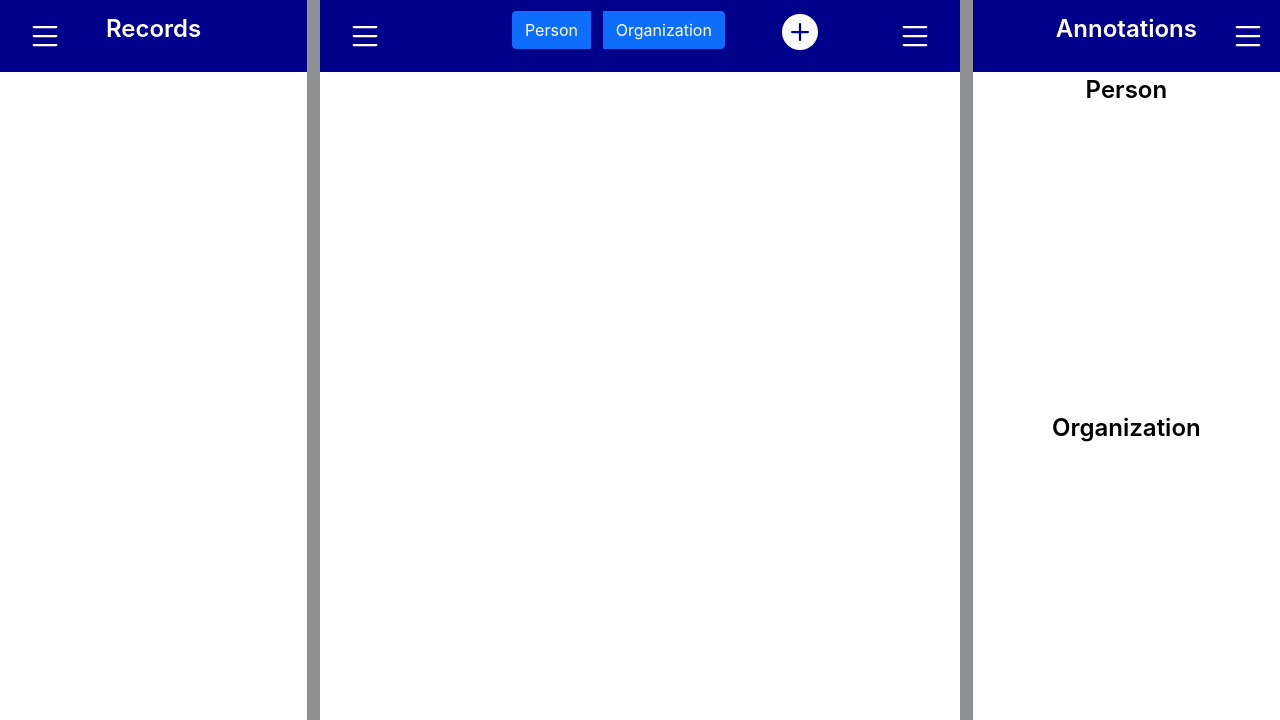
Repository: napan24/classforma_assignment
Page: / (app in client/)
These files come from the project's save history. The page is drawn as it stood at one moment and after the next save; the edit follows.
The browser window is 1280 px wide. The pictures show the whole page.
The project was rebuilt for these pictures with package versions that can differ from the ones it lists, and the page was loaded fresh each time. Also part of the build but not shown: client/src/App.css.

Above is the page before, as saved 2022-07-20 18:02:03.

### client/public/index.html
<!DOCTYPE html>
<html lang="en">
  <head>
    <meta charset="utf-8" />
    <link rel="icon" href="%PUBLIC_URL%/favicon.ico" />
    <meta name="viewport" content="width=device-width, initial-scale=1" />
    <meta name="theme-color" content="#000000" />
    <meta
      name="description"
      content="Web site created using create-react-app"
    />
    <link href="https://cdn.jsdelivr.net/npm/bootstrap@5.1.3/dist/css/bootstrap.min.css" rel="stylesheet" integrity="sha384-1BmE4kWBq78iYhFldvKuhfTAU6auU8tT94WrHftjDbrCEXSU1oBoqyl2QvZ6jIW3" crossorigin="anonymous">
    <link rel="apple-touch-icon" href="%PUBLIC_URL%/logo192.png" />
    <!--
      manifest.json provides metadata used when your web app is installed on a
      user's mobile device or desktop. See https://developers.google.com/web/fundamentals/web-app-manifest/
    -->
    <link rel="manifest" href="%PUBLIC_URL%/manifest.json" />
    <!--
      Notice the use of %PUBLIC_URL% in the tags above.
      It will be replaced with the URL of the `public` folder during the build.
      Only files inside the `public` folder can be referenced from the HTML.

      Unlike "/favicon.ico" or "favicon.ico", "%PUBLIC_URL%/favicon.ico" will
      work correctly both with client-side routing and a non-root public URL.
      Learn how to configure a non-root public URL by running `npm run build`.
    -->
    <title>React App</title>
  </head>
  <body>
    <noscript>You need to enable JavaScript to run this app.</noscript>
    <div id="root"></div>
    <!--
      This HTML file is a template.
      If you open it directly in the browser, you will see an empty page.

      You can add webfonts, meta tags, or analytics to this file.
      The build step will place the bundled scripts into the <body> tag.

      To begin the development, run `npm start` or `yarn start`.
      To create a production bundle, use `npm run build` or `yarn build`.
    -->
    <script src="https://cdn.jsdelivr.net/npm/bootstrap@5.1.3/dist/js/bootstrap.bundle.min.js" integrity="sha384-ka7Sk0Gln4gmtz2MlQnikT1wXgYsOg+OMhuP+IlRH9sENBO0LRn5q+8nbTov4+1p" crossorigin="anonymous"></script>
  </body>
</html>

### client/src/App.js
import logo from './logo.svg';
import './App.css';
import Home from './Home';

function App() {
  return (
    <>
      <Home></Home>
    </>
  );
}

export default App;

### client/src/Home.js
'strict origin'
import React, { useState, useEffect } from 'react'
const Home = () => {
    const [textField, setTextField] = useState();
    const [person, setPerson] = useState();
    const [place, setPlace] = useState();
    const [personName, setPersonName] = useState(['']);
    const [placeName, setPlaceName] = useState(['']);
    const [data, setData] = useState("");
    useEffect(() => {
        if (textField) {
            trending();
        }
    }, [textField])
    const trending = async () => {
        const res = await fetch("/", {
            method: 'POST',
            headers: {
                "Content-Type": "application/json"
            },
            body: JSON.stringify({ textField })
        });
        const result = await res.json();
        console.log(result);
        setPerson(result.filter((arr) => arr.type == 'Person'));
        setPlace(result.filter((arr) => arr.type[0] == 'Place' || arr.type[0] == 'PopulatedPlace' || arr.type[0] == 'Settlement' || arr.type[0] == 'City'));
    };
    useEffect(() => {
        setPersonName(['']);
        if (person) {
            person.forEach(function (arrayItem) {
                setPersonName(curr => [...curr, arrayItem.entityId]);
            });
        }
    }, [person])
    useEffect(() => {
        setPlaceName(['']);
        if (place) {
            console.log(place);
            place.forEach(function (arrayItem) {
                setPlaceName(curr => [...curr, arrayItem.entityId]);
            });
        }
    }, [place])
    const showFile = async (e) => {
        e.preventDefault()
        const reader = new FileReader()
        reader.onload = async (e) => {
            const text = (e.target.result)
            setTextField(text);
        };
        reader.readAsText(e.target.files[0])
    }
    function replace() {
        setTextField(textField.replace(data, ''));
        showAlert("alert")
    }
    function showAlert(id) {
        if (document.getElementById(id).style.display == "inline-block") {
            document.getElementById(id).style.display = "none";
        }
        else {
            document.getElementById(id).style.display = "inline-block";
        }
    }
    function CloseClick(e) {
        setData(e.currentTarget.parentElement.querySelector('.userName').innerText);
        showAlert("alert");
    }
    function showLeftComponent() {
        if (document.getElementById('left_component').style.display == "inline") {
            document.getElementById('left_component').style.display = "none";
            document.getElementById('left_open').style.display = "inline";
        }
        else {
            document.getElementById('left_component').style.display = "inline";
            document.getElementById('left_open').style.display = "none";
        }
    }
    function showRightComponent() {
        if (document.getElementById('right_component').style.display == "inline") {
            document.getElementById('right_component').style.display = "none";
            document.getElementById('right_open').style.display = "inline";
        }
        else {
            document.getElementById('right_component').style.display = "inline";
            document.getElementById('right_open').style.display = "none";
        }
    }
    return (
        <>
            <div id="alert" style={{ display: "none", height: "35vh", width: "35vw", backgroundColor: "white", position: "absolute", zIndex: '2', left: "35%", top: "25%", border: "2px solid red" }}>
                <button onClick={() => { showAlert("alert") }} type="button" class="btn btn-primary" style={{ marginRight: "1vw", position: "absolute", bottom: "10%", left: "15%", padding: "2vh" }}>Cancel</button>
                <button onClick={(e) => { replace(e) }} style={{ marginRight: "1vw", position: "absolute", bottom: "10%", left: "65%", padding: "2vh" }} type="button" class="btn btn-primary">Delete</button>
            </div>
            <div style={{ display: 'flex', width: "100vw", height: "100vh", backgroundColor: "#8f9091", overflow: "hidden" }}>
                <div id="left_component" style={{ display: 'inline', width: "24vw", height: "100vh", backgroundColor: "white", marginRight: "1vw" }}>
                    <div style={{ width: "24vw", height: "10vh", backgroundColor: "#00008b", textAlign: 'center', fontSize: '150%', color: "white", fontWeight: "600", position: "fixed" }}>
                        <p style={{ marginTop: "1.5vh" }}>
                            Records
                        </p>
                    </div>
                    <svg onClick={() => { showLeftComponent() }} style={{ width: "5vw", height: "5vh", position: 'absolute', left: "1vw", top: "2.5vh", color: 'white' }} xmlns="http://www.w3.org/2000/svg" fill="currentColor" class="bi bi-list" viewBox="0 0 16 16">
                        <path fill-rule="evenodd" d="M2.5 12a.5.5 0 0 1 .5-.5h10a.5.5 0 0 1 0 1H3a.5.5 0 0 1-.5-.5zm0-4a.5.5 0 0 1 .5-.5h10a.5.5 0 0 1 0 1H3a.5.5 0 0 1-.5-.5zm0-4a.5.5 0 0 1 .5-.5h10a.5.5 0 0 1 0 1H3a.5.5 0 0 1-.5-.5z" />
                    </svg>
                    <div>

                    </div>
                </div>
                <div style={{ width: "50vw", height: "100vh", backgroundColor: "white", marginRight: "1vw", overflowY: "unset" }}>
                    <div style={{ width: "50vw", height: "10vh", backgroundColor: "#00008b", position: 'relative', overflowY: 'hidden' }}>
                        <svg id="left_open" onClick={() => { showLeftComponent() }} style={{ display:"inline",width: "5vw", height: "5vh", position: 'absolute', left: "1vw", top: "2.5vh", color: 'white' }} xmlns="http://www.w3.org/2000/svg" fill="currentColor" class="bi bi-list" viewBox="0 0 16 16">
                            <path fill-rule="evenodd" d="M2.5 12a.5.5 0 0 1 .5-.5h10a.5.5 0 0 1 0 1H3a.5.5 0 0 1-.5-.5zm0-4a.5.5 0 0 1 .5-.5h10a.5.5 0 0 1 0 1H3a.5.5 0 0 1-.5-.5zm0-4a.5.5 0 0 1 .5-.5h10a.5.5 0 0 1 0 1H3a.5.5 0 0 1-.5-.5z" />
                        </svg>
                        <div class="btn-group" style={{ marginTop: "1.5vh", marginLeft: "15vw" }}>
                            <button type="button" class="btn btn-primary" style={{ marginRight: "1vw" }}>Person</button>
                            <button type="button" class="btn btn-primary">Organization</button>
                        </div>
                        <label for="file">
                            <svg style={{ width: "20%", height: "50%", position: "absolute", right: "15%", top: "2vh", color: "white" }} xmlns="http://www.w3.org/2000/svg" fill="currentColor" class="bi bi-plus-circle-fill" viewBox="0 0 16 16">
                                <path d="M16 8A8 8 0 1 1 0 8a8 8 0 0 1 16 0zM8.5 4.5a.5.5 0 0 0-1 0v3h-3a.5.5 0 0 0 0 1h3v3a.5.5 0 0 0 1 0v-3h3a.5.5 0 0 0 0-1h-3v-3z" />
                            </svg>
                        </label>
                        <input type="file" id="file" onChange={(e) => showFile(e)} style={{ display: "none" }} />
                        <svg id="right_open" onClick={() => { showRightComponent() }} style={{  display:"inline",width: "5vw", height: "5vh", position: 'absolute', right: "1vw", top: "2.5vh", color: 'white' }} xmlns="http://www.w3.org/2000/svg" fill="currentColor" class="bi bi-list" viewBox="0 0 16 16">
                            <path fill-rule="evenodd" d="M2.5 12a.5.5 0 0 1 .5-.5h10a.5.5 0 0 1 0 1H3a.5.5 0 0 1-.5-.5zm0-4a.5.5 0 0 1 .5-.5h10a.5.5 0 0 1 0 1H3a.5.5 0 0 1-.5-.5zm0-4a.5.5 0 0 1 .5-.5h10a.5.5 0 0 1 0 1H3a.5.5 0 0 1-.5-.5z" />
                        </svg>
                    </div>
                    <div style={{ width: "48vw", height: "85vh", marginLeft: "2vw", marginTop: "5vh", overflowY: "scroll" }}>
                        {textField}
                    </div>
                </div>
                <div id="right_component" style={{ display:'inline',width: "24vw", height: "100vh", backgroundColor: "white" }}>
                    <div style={{ width: "24vw", height: "10vh", backgroundColor: "#00008b", textAlign: 'center', fontSize: '150%', color: "white", fontWeight: "600" }}>
                        <p style={{ paddingTop: "1.5vh" }}>
                            Annotations
                        </p>
                        <svg onClick={() => { showRightComponent() }} style={{ width: "5vw", height: "5vh", position: 'absolute', right: "0vw", top: "2.5vh", color: 'white' }} xmlns="http://www.w3.org/2000/svg" fill="currentColor" class="bi bi-list" viewBox="0 0 16 16">
                            <path fill-rule="evenodd" d="M2.5 12a.5.5 0 0 1 .5-.5h10a.5.5 0 0 1 0 1H3a.5.5 0 0 1-.5-.5zm0-4a.5.5 0 0 1 .5-.5h10a.5.5 0 0 1 0 1H3a.5.5 0 0 1-.5-.5zm0-4a.5.5 0 0 1 .5-.5h10a.5.5 0 0 1 0 1H3a.5.5 0 0 1-.5-.5z" />
                        </svg>
                    </div>
                    <div style={{ width: "24vw", height: "5vh", backgroundColor: "white", textAlign: 'center', fontSize: '150%', color: "black", fontWeight: "600", marginBottom: "2vh" }}>
                        <p>
                            Person
                        </p>
                    </div>
                    <div style={{ maxWidth: "24vw", height: "40vh", backgroundColor: "white", textAlign: 'center', fontSize: '150%', color: "black", fontWeight: "600", zIndex: "2", overflowY: "scroll", overflowX: "hidden" }}>
                        {personName && personName.map((user) => (
                            user.length > 0 && <div style={{ width: "24vw", color: "black", height: "3vh", fontSize: "2vh", position: 'relative', borderBottom: '1px solid black' }}>
                                <span className='userName' style={{ width: "12vw" }}>
                                    {user}
                                </span>
                                <svg onClick={(e) => { CloseClick(e) }} style={{ width: "3.5vw", height: "3.5vh", position: 'absolute', right: "0vw", top: "0vh" }} xmlns="http://www.w3.org/2000/svg" fill="currentColor" class="bi bi-x" viewBox="0 0 16 16">
                                    <path d="M4.646 4.646a.5.5 0 0 1 .708 0L8 7.293l2.646-2.647a.5.5 0 0 1 .708.708L8.707 8l2.647 2.646a.5.5 0 0 1-.708.708L8 8.707l-2.646 2.647a.5.5 0 0 1-.708-.708L7.293 8 4.646 5.354a.5.5 0 0 1 0-.708z" />
                                </svg>
                            </div>
                        ))}
                    </div>
                    <div style={{ width: "24vw", height: "5vh", backgroundColor: "white", textAlign: 'center', fontSize: '150%', color: "black", fontWeight: "600", marginBottom: "2vh" }}>
                        <p>
                            Organization
                        </p>
                    </div>
                    <div style={{ width: "24vw", height: "40vh", backgroundColor: "white", textAlign: 'center', fontSize: '150%', color: "black", fontWeight: "600", overflowY: "scroll" }}>
                        {placeName && placeName.map((user) => (
                            user.length > 0 && <div style={{ width: "24vw", color: "black", height: "3vh", fontSize: "2vh", position: 'relative', borderBottom: '1px solid black' }}>
                                <span className='userName' style={{ width: "12vw" }}>
                                    {user}
                                </span>
                                <svg onClick={(e) => { CloseClick(e) }} style={{ width: "3.5vw", height: "3.5vh", position: 'absolute', right: "0vw", top: "0vh" }} xmlns="http://www.w3.org/2000/svg" fill="currentColor" class="bi bi-x" viewBox="0 0 16 16">
                                    <path d="M4.646 4.646a.5.5 0 0 1 .708 0L8 7.293l2.646-2.647a.5.5 0 0 1 .708.708L8.707 8l2.647 2.646a.5.5 0 0 1-.708.708L8 8.707l-2.646 2.647a.5.5 0 0 1-.708-.708L7.293 8 4.646 5.354a.5.5 0 0 1 0-.708z" />
                                </svg>
                            </div>
                        ))}
                    </div>
                </div>
            </div>
        </>
    )
}

export default Home

Loaded but not shown: client/src/index.js (common file); client/src/index.css (common file); client/src/reportWebVitals.js (common file)

After the next save:
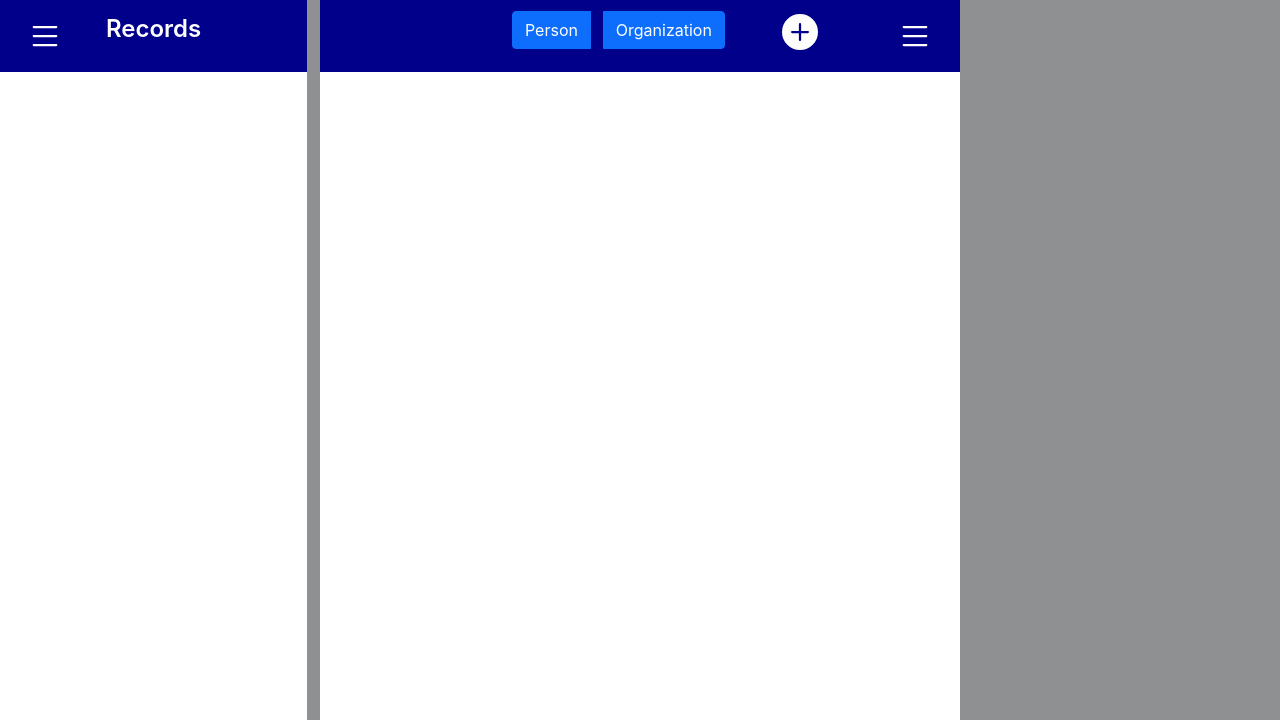
Saved 40 s later.
--- a/client/src/Home.js
+++ b/client/src/Home.js
@@ -109,7 +109,7 @@
                 </div>
                 <div style={{ width: "50vw", height: "100vh", backgroundColor: "white", marginRight: "1vw", overflowY: "unset" }}>
                     <div style={{ width: "50vw", height: "10vh", backgroundColor: "#00008b", position: 'relative', overflowY: 'hidden' }}>
-                        <svg id="left_open" onClick={() => { showLeftComponent() }} style={{ display:"inline",width: "5vw", height: "5vh", position: 'absolute', left: "1vw", top: "2.5vh", color: 'white' }} xmlns="http://www.w3.org/2000/svg" fill="currentColor" class="bi bi-list" viewBox="0 0 16 16">
+                        <svg id="left_open" onClick={() => { showLeftComponent() }} style={{ display:"none",width: "5vw", height: "5vh", position: 'absolute', left: "1vw", top: "2.5vh", color: 'white' }} xmlns="http://www.w3.org/2000/svg" fill="currentColor" class="bi bi-list" viewBox="0 0 16 16">
                             <path fill-rule="evenodd" d="M2.5 12a.5.5 0 0 1 .5-.5h10a.5.5 0 0 1 0 1H3a.5.5 0 0 1-.5-.5zm0-4a.5.5 0 0 1 .5-.5h10a.5.5 0 0 1 0 1H3a.5.5 0 0 1-.5-.5zm0-4a.5.5 0 0 1 .5-.5h10a.5.5 0 0 1 0 1H3a.5.5 0 0 1-.5-.5z" />
                         </svg>
                         <div class="btn-group" style={{ marginTop: "1.5vh", marginLeft: "15vw" }}>
@@ -130,7 +130,7 @@
                         {textField}
                     </div>
                 </div>
-                <div id="right_component" style={{ display:'inline',width: "24vw", height: "100vh", backgroundColor: "white" }}>
+                <div id="right_component" style={{ display:'none',width: "24vw", height: "100vh", backgroundColor: "white" }}>
                     <div style={{ width: "24vw", height: "10vh", backgroundColor: "#00008b", textAlign: 'center', fontSize: '150%', color: "white", fontWeight: "600" }}>
                         <p style={{ paddingTop: "1.5vh" }}>
                             Annotations

After the save that followed:
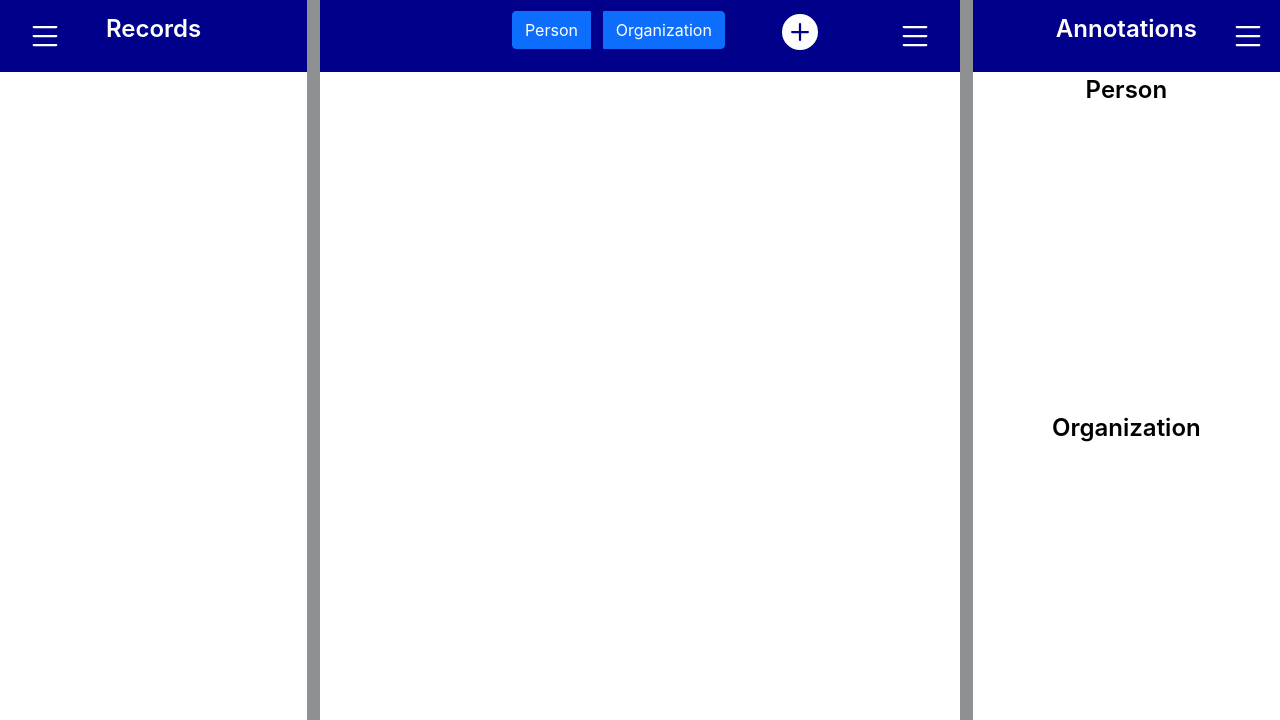
Saved 21 s later.
--- a/client/src/Home.js
+++ b/client/src/Home.js
@@ -130,7 +130,7 @@
                         {textField}
                     </div>
                 </div>
-                <div id="right_component" style={{ display:'none',width: "24vw", height: "100vh", backgroundColor: "white" }}>
+                <div id="right_component" style={{ display:'inline',width: "24vw", height: "100vh", backgroundColor: "white" }}>
                     <div style={{ width: "24vw", height: "10vh", backgroundColor: "#00008b", textAlign: 'center', fontSize: '150%', color: "white", fontWeight: "600" }}>
                         <p style={{ paddingTop: "1.5vh" }}>
                             Annotations
